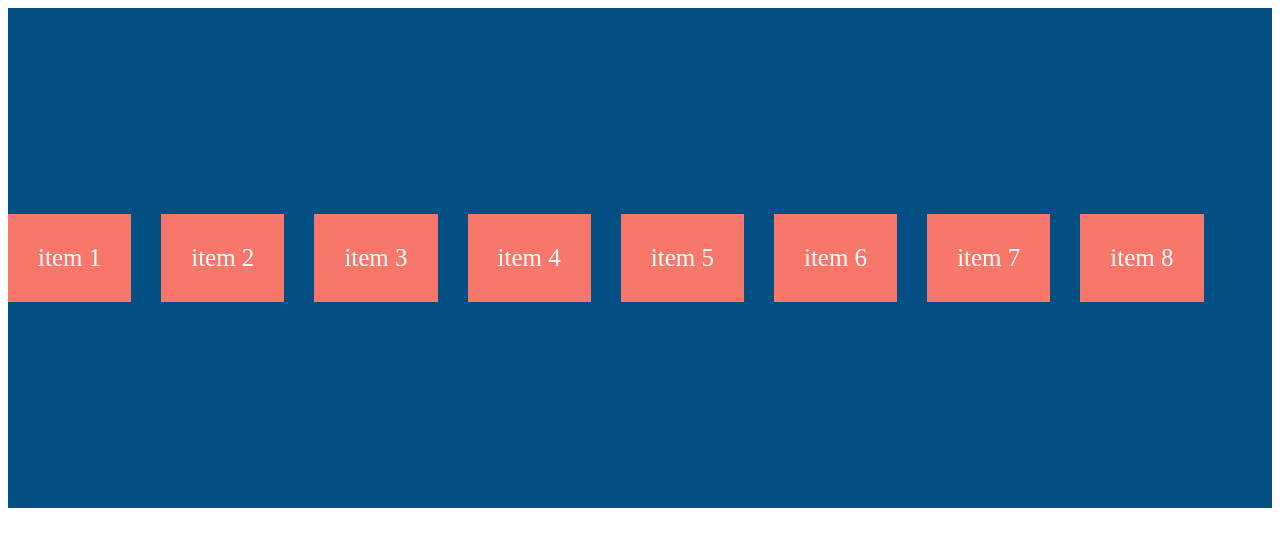
Repository: mehmetbuber38/flex
Page: flex-row-alignment.html
These files come from the project's save history. The page is drawn as it stood at one moment and after the next save; the edit follows.
The browser window is 1280 px wide. The pictures show the whole page.

Above is the page before, as saved 2022-01-31 21:01:43.

After the next save:
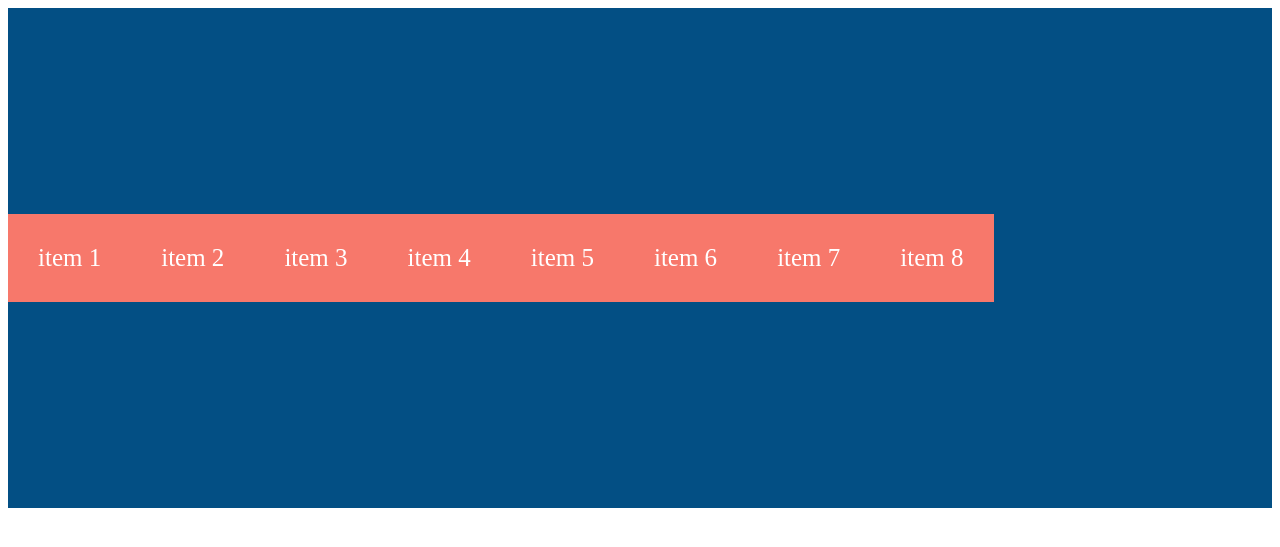
Saved 18 s later.
--- a/flex-row-alignment.html
+++ b/flex-row-alignment.html
@@ -11,7 +11,7 @@
     .container {
         display: flex;
         flex-wrap: wrap;
-        gap: 30px;
+        /* gap: 30px; */
         /*Hem yatayda hem dikeyde 30px liık bosluk bırakır.*/
         /* row-gap: 20px; Dikey ekseninde 20px lik boşluk bırakır */
         /* column-gap: 20px; Yatay ekseninde 20px lik boşluk bırakır. */
